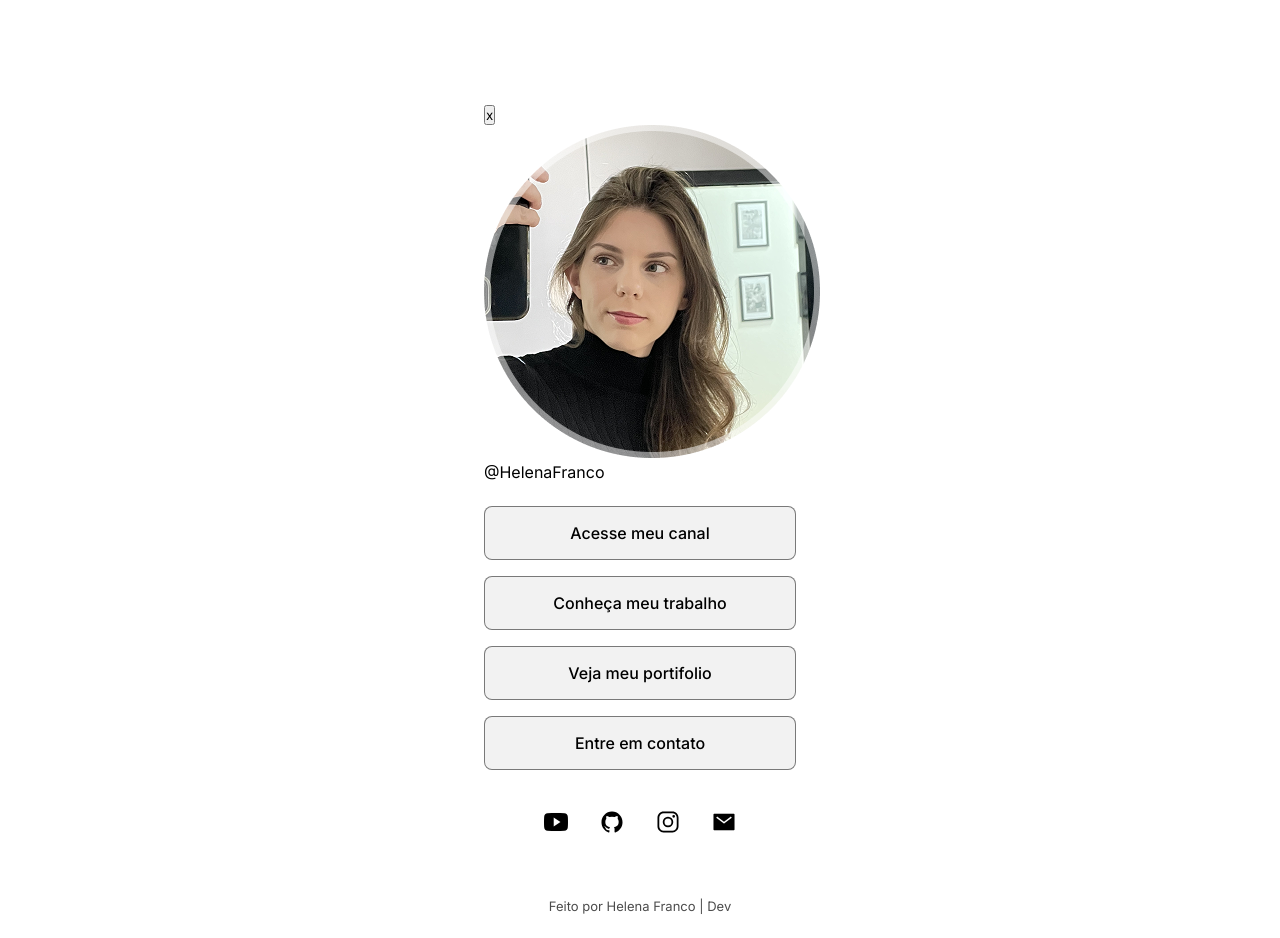
Repository: Fr4nc021/Pagina-de-links-
Page: index.html
The author's editor kept a copy of each file at every save. The page is drawn from the files as they stood at one save, then again after the next save.
The browser window is 1280 px wide. The pictures show the whole page.

Above is the page before, as saved 2025-02-13 22:10:21.

After the next save:
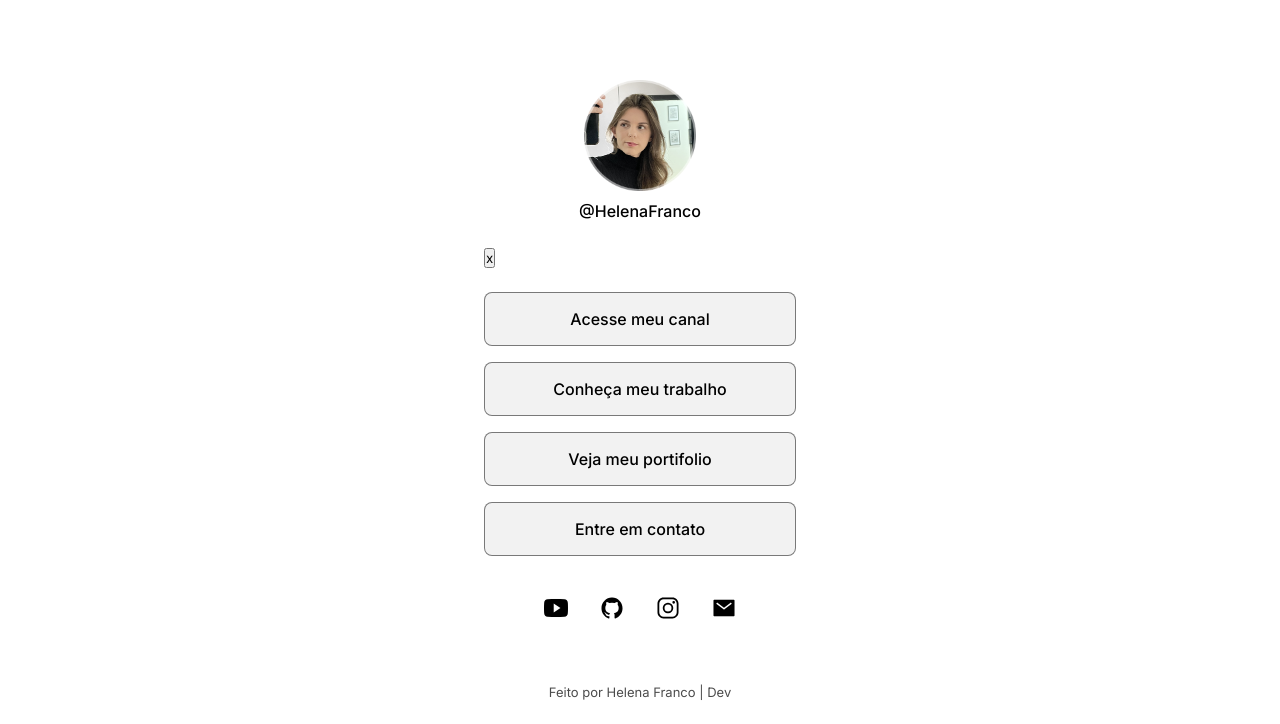
Saved 67 s later.
--- a/index.html
+++ b/index.html
@@ -16,16 +16,14 @@
 <body>
     <div id="container">
     <div id="profile">
-    </div>
-    <div id="switch">
-        <button>
-            x
-        </button>
-    </div>
     <img
         src="./assets/avatar.png"
         alt="Foto da Helena Franco sorrindo">
         <p>@HelenaFranco</p>
+    </div>
+    <div id="switch">
+        <button>x</button>
+    </div>
 
     <div>
         <ul>
